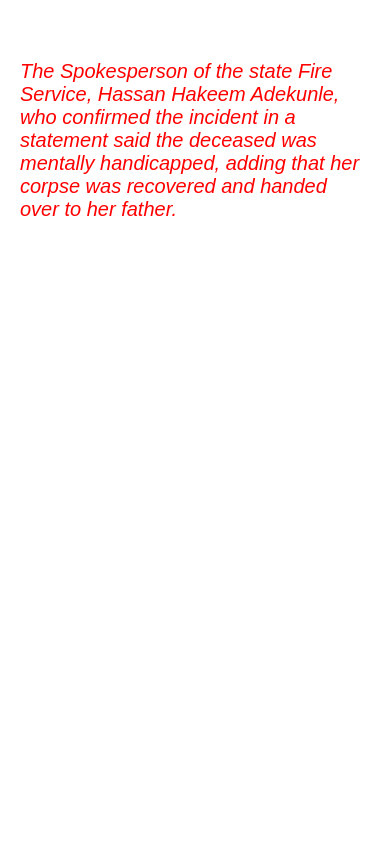
Repository: akinmiday/ReactNativeApp
Screen: /
An editor plug-in stored every save of this project. The screen is shown before and after the next save, followed by the edit.
The app was drawn by React Native's web renderer in a window 390 px wide. The project was rebuilt for these pictures with package versions that can differ from the ones it lists, and the page was loaded fresh each time.

Above is the screen before, as saved 2023-08-06 15:58:10.

### App.js
import { View, Text } from "react-native";
import styles from "./styles";
import { useState } from "react";

export default function App() {
  const { container, text } = styles;

  return (
    <View style={container}>
      <Text style={text}>
        The Spokesperson of the state Fire Service, Hassan Hakeem Adekunle, who
        confirmed the incident in a statement said the deceased was mentally
        handicapped, adding that her corpse was recovered and handed over to her
        father.
      </Text>
    </View>
  );
}

### styles.js
import { StyleSheet } from "react-native";

const styles = StyleSheet.create({
  container: {
    marginTop: 40,
    padding: 20,
    backgroundColor: "#fff",
    flex: 1,
  },
  input: {
    backgroundColor: "pink",
    marginTop: 20,
    padding: 20,
    marginTop: 20,
    marginBottom: 20,
  },
  text: {
    color: "red",
    fontSize: 20,
    fontFamily: "Arial",
    fontStyle: "italic",
    fontWeight: "normal",
  },
  button: {
    backgroundColor: "yellow",
    padding: 15,
    alignItems: "center",
    width: "50%",
    alignSelf: "center",
    borderWidth: 5,
    borderColor: "green",
    marginTop: 20,
  },
  item: {
    backgroundColor: "yellow",
    padding: 20,
    marginVertical: 5,
  },
  header: {
    fontSize: 15,
  },
  title: {
    fontSize: 10,
  },
});

export default styles;

After the next save:
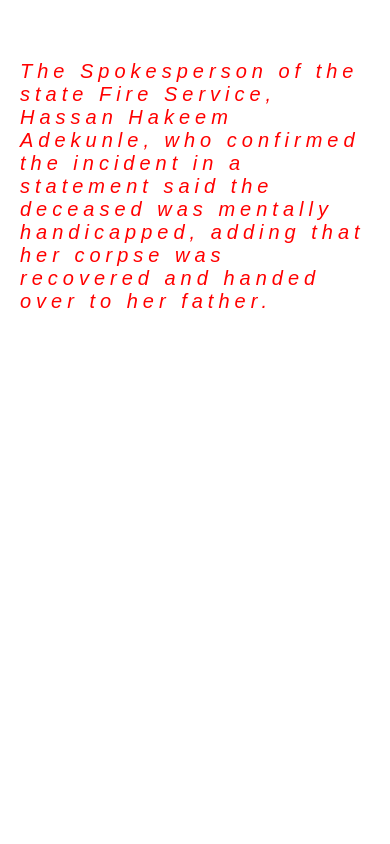
Saved 17 s later.
--- a/styles.js
+++ b/styles.js
@@ -20,6 +20,7 @@ const styles = StyleSheet.create({
     fontFamily: "Arial",
     fontStyle: "italic",
     fontWeight: "normal",
+    letterSpacing: 5,
   },
   button: {
     backgroundColor: "yellow",
